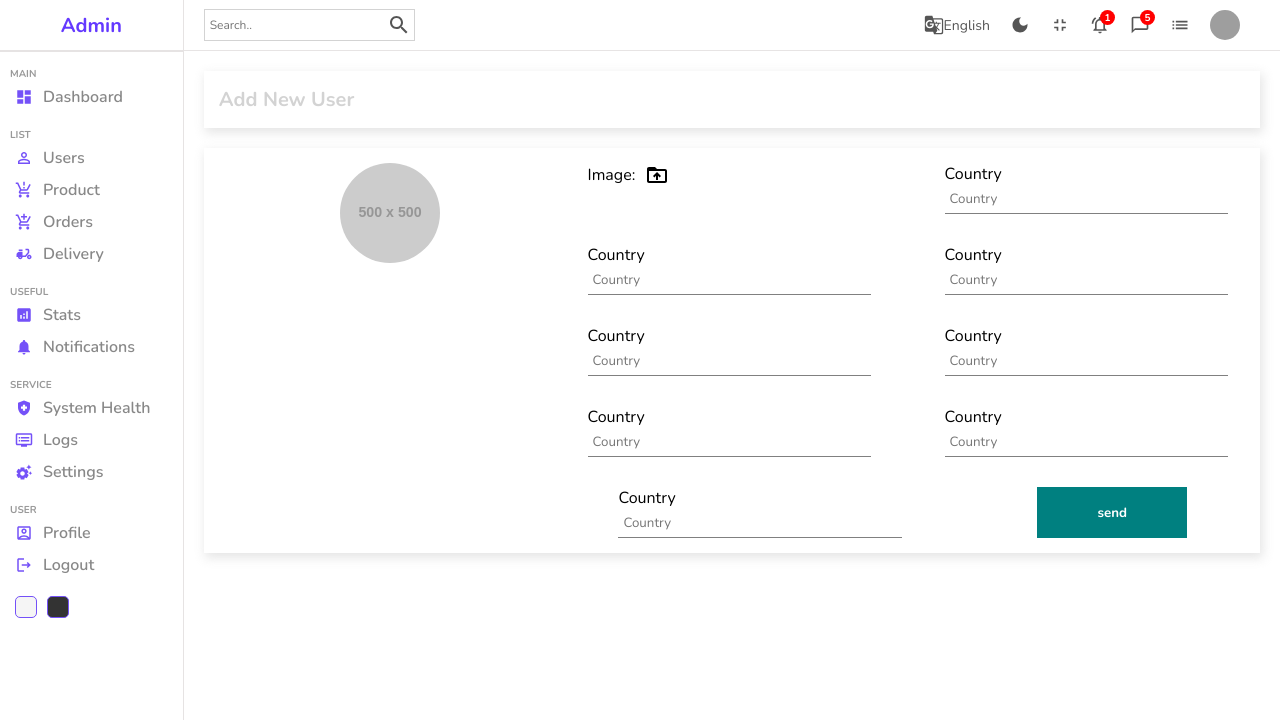
Repository: maescode/simple-react-admin-dashboard
Page: /users/new
These files come from the project's save history. The page is drawn as it stood at one moment and after the next save; the edit follows.
The browser window is 1280 px wide. The pictures show the whole page.
Pictures or frames that could not be fetched are drawn as grey boxes. The project was rebuilt for these pictures with package versions that can differ from the ones it lists, and the page was loaded fresh each time. Also part of the build but not shown: src/App.css, src/pages/home/home.scss, src/pages/components/widget/widget.scss, src/pages/components/widget/Widget.jsx, src/pages/components/featured/featured.scss, src/pages/components/featured/Featured.jsx, src/pages/components/chart/chart.scss, src/pages/components/chart/Chart.jsx and 11 more.

Above is the page before, as saved 2022-08-10 10:37:50.

### public/index.html
<!DOCTYPE html>
<html lang="en">
  <head>
    <meta charset="utf-8" />
    <link rel="icon" href="%PUBLIC_URL%/favicon.ico" />
    <meta name="viewport" content="width=device-width, initial-scale=1" />
    <meta name="theme-color" content="#000000" />
    <meta
      name="description"
      content="Web site created using create-react-app"
    />
    <link rel="apple-touch-icon" href="%PUBLIC_URL%/logo192.png" />
    <link rel="manifest" href="%PUBLIC_URL%/manifest.json" />
    <link rel="preconnect" href="https://fonts.googleapis.com" />
    <link rel="preconnect" href="https://fonts.gstatic.com" crossorigin />
    <link
      href="https://fonts.googleapis.com/css2?family=Nunito:ital,wght@0,200;0,300;0,400;0,500;0,600;0,700;0,800;1,500&display=swap"
      rel="stylesheet"
    />
    <style>
      * {
        font-family: Nunito;
        margin: 0;
      }
    </style>
    <title>Dashboard</title>
  </head>
  <body>
    <noscript>You need to enable JavaScript to run this app.</noscript>
    <div id="root"></div>
  </body>
</html>

### src/App.js
import { BrowserRouter, Routes, Route, Link } from 'react-router-dom';
import './App.css';
import Home from './pages/home/Home';
import Login from './pages/login/Login';
import List from './pages/list/List';
import New from './pages/new/New';
import Single from './pages/single/Single';
import { productInputs, userInputs } from './formSource';

function App() {
  return (
    <>
      <BrowserRouter>
        <Routes>
          <Route path="/">
            <Route index element={<Home />} />
            <Route path="login" element={<Login />} />
            <Route path="users">
              <Route index element={<List />} />
              <Route path=":userId" element={<Single />} />
              <Route
                path="new"
                element={<New inputs={userInputs} title={'Add New User'} />}
              />
            </Route>
            <Route path="products">
              <Route index element={<List />} />
              <Route path=":productId" element={<Single />} />
              <Route
                path="new"
                element={
                  <New inputs={productInputs} title={'Add New Product'} />
                }
              />
            </Route>
          </Route>
        </Routes>
      </BrowserRouter>
    </>
  );
}

export default App;

### src/pages/new/New.jsx
import React from 'react';
import Navbar from '../components/navbar/Navbar';
import Sidebar from '../components/sidebar/Sidebar';
import Datatable from '../components/datatable/Datatable';
import Chart from '../components/chart/Chart';
import DriveFolderUploadIcon from '@mui/icons-material/DriveFolderUpload';

import './new.scss';

const New = ({ inputs, title }) => {
  return (
    <div className="new">
      <Sidebar />
      <div className="newContainer">
        <Navbar />
        <div className="top">
          <h1>{title}</h1>
        </div>
        <div className="bottom">
          <div className="left">
            <img
              src="http://dummyimage.com/500x500.png/dddddd/000000"
              alt="alt"
            />
          </div>
          <div className="right">
            <form className="form">
              <div className="formInput">
                <label htmlFor="file">
                  Image: <DriveFolderUploadIcon className="icon" />
                </label>
                <input
                  type="file"
                  name="file"
                  id="file"
                  style={{ display: 'none' }}
                />
              </div>

              {inputs.map((input) => {
                return (
                  <div className="formInput">
                    <label>Country</label>
                    <input type="text" name="country" placeholder="Country" />
                  </div>
                );
              })}

              <button>send</button>
            </form>
          </div>
        </div>
      </div>
    </div>
  );
};

export default New;

### src/formSource.js
export const userInputs = [
  {
    id: 1,
    label: 'Username',
    type: 'text',
    name: 'username',
    placeholder: 'john_doe',
  },
  {
    id: 2,
    label: 'Name and surname',
    type: 'text',
    name: 'name',
    placeholder: 'John Doe',
  },
  {
    id: 3,
    label: 'Email',
    type: 'mail',
    name: 'email',
    placeholder: 'olagokeabel@gmail.com',
  },
  {
    id: 4,
    label: 'Phone',
    type: 'text',
    name: 'phone',
    placeholder: '+2348066181836',
  },
  {
    id: 5,
    label: 'Password',
    type: 'password',
    name: 'password',
  },
  {
    id: 6,
    label: 'Address',
    type: 'text',
    name: 'address',
    placeholder: 'Elton St. 216 NewYork',
  },
  {
    id: 7,
    label: 'Country',
    type: 'text',
    name: 'country',
    placeholder: 'USA',
  },
  {
    id: 8,
    label: 'Country',
    type: 'text',
    name: 'country',
    placeholder: 'USA',
  },
];

export const productInputs = [
  {
    id: 1,
    label: 'Title',
    type: 'text',
    name: 'title',
    placeholder: 'Apple Macbook Pro',
  },
  {
    id: 2,
    label: 'Description',
    type: 'text',
    name: 'description',
    placeholder: 'Description',
  },
  {
    id: 3,
    label: 'Category',
    type: 'text',
    name: 'category',
    placeholder: 'computer',
  },
  {
    id: 4,
    label: 'Price',
    type: 'text',
    name: 'price',
    placeholder: '100',
  },
  {
    id: 5,
    label: 'stock',
    type: 'text',
    name: 'stock',
    placeholder: 'in stock',
  },
];

### src/pages/components/sidebar/Sidebar.jsx
import React from 'react';
import './sidebar.scss';
import DashboardIcon from '@mui/icons-material/Dashboard';
import PersonOutlineOutlinedIcon from '@mui/icons-material/PersonOutlineOutlined';
import ProductionQuantityLimitsOutlinedIcon from '@mui/icons-material/ProductionQuantityLimitsOutlined';
import LogoutOutlinedIcon from '@mui/icons-material/LogoutOutlined';
import AccountBoxOutlinedIcon from '@mui/icons-material/AccountBoxOutlined';
import AddShoppingCartIcon from '@mui/icons-material/AddShoppingCart';
import DeliveryDiningIcon from '@mui/icons-material/DeliveryDining';
import AnalyticsIcon from '@mui/icons-material/Analytics';
import NotificationsIcon from '@mui/icons-material/Notifications';
import HealthAndSafetyIcon from '@mui/icons-material/HealthAndSafety';
import DvrIcon from '@mui/icons-material/Dvr';
import SettingsSuggestIcon from '@mui/icons-material/SettingsSuggest';
const Sidebar = () => {
  return (
    <div className="sidebar">
      <div className="top">
        <span className="logo">Admin</span>
      </div>
      <hr />
      <div className="center">
        <ul>
          <p className="title">MAIN</p>
          <li>
            <DashboardIcon className="icon" />
            <span>Dashboard</span>
          </li>
          <p className="title">LIST</p>
          <li>
            <PersonOutlineOutlinedIcon className="icon" />
            <span>Users</span>
          </li>
          <li>
            <ProductionQuantityLimitsOutlinedIcon className="icon" />
            <span>Product</span>
          </li>
          <li>
            <AddShoppingCartIcon className="icon" />
            <span>Orders</span>
          </li>
          <li>
            <DeliveryDiningIcon className="icon" />
            <span>Delivery</span>
          </li>
          <p className="title">USEFUL</p>
          <li>
            <AnalyticsIcon className="icon" />
            <span>Stats</span>
          </li>
          <li>
            <NotificationsIcon className="icon" />
            <span>Notifications</span>
          </li>
          <p className="title">SERVICE</p>
          <li>
            <HealthAndSafetyIcon className="icon" />
            <span>System Health</span>
          </li>
          <li>
            <DvrIcon className="icon" />
            <span>Logs</span>
          </li>
          <li>
            <SettingsSuggestIcon className="icon" />
            <span>Settings</span>
          </li>
          <p className="title">USER</p>
          <li>
            <AccountBoxOutlinedIcon className="icon" />
            <span>Profile</span>
          </li>
          <li>
            <LogoutOutlinedIcon className="icon" />
            <span>Logout</span>
          </li>
        </ul>
      </div>
      <div className="bottom">
        <div className="colorOption"></div>
        <div className="colorOption"></div>
      </div>
    </div>
  );
};

export default Sidebar;

### src/pages/components/navbar/Navbar.jsx
import React from 'react';
import './navbar.scss';
import SearchIcon from '@mui/icons-material/Search';
import GTranslateIcon from '@mui/icons-material/GTranslate';
import DarkModeIcon from '@mui/icons-material/DarkMode';
import FullscreenExitIcon from '@mui/icons-material/FullscreenExit';
import NotificationsActiveOutlinedIcon from '@mui/icons-material/NotificationsActiveOutlined';
import ChatBubbleOutlineOutlinedIcon from '@mui/icons-material/ChatBubbleOutlineOutlined';
import ListOutlinedIcon from '@mui/icons-material/ListOutlined';

const Navbar = () => {
  return (
    <div className="navbar">
      <div className="wrapper">
        <div className="search">
          <input type="search" placeholder="Search.." className="" />
          <SearchIcon />
        </div>
        <div className="items">
          <div className="item">
            <GTranslateIcon className="icon" />
            English
          </div>
          <div className="item">
            <DarkModeIcon className="icon" />
          </div>
          <div className="item">
            <FullscreenExitIcon className="icon" />
          </div>
          <div className="item">
            <NotificationsActiveOutlinedIcon className="icon" />
            <div className="counter">1</div>
          </div>
          <div className="item">
            <ChatBubbleOutlineOutlinedIcon className="icon" />
            <div className="counter">5</div>
          </div>
          <div className="item">
            <ListOutlinedIcon className="icon" />
          </div>

          <div className="item">
            <img
              src={'https://picsum.photos/id/237/200/300'}
              className="avatar"
              alt="icon"
            />
          </div>
        </div>
      </div>
    </div>
  );
};

export default Navbar;

### src/pages/new/new.scss
.new {
  width: 100%;
  display: flex;

  .newContainer {
    flex: 6;

    .top,
    .bottom {
      padding: 15px;
      margin: 20px;
      -webkit-box-shadow: 2px 4px 10px 1px rgba(0, 0, 0, 0.47);
      box-shadow: 2px 4px 10px 1px rgba(201, 201, 201, 0.47);
      display: flex;

      h1 {
        color: lightgrey;
        font-size: 20px;
      }
    }

    .left {
      flex: 1;
      text-align: center;
      img {
        width: 100px;
        height: 100px;
        border-radius: 50%;
        object-fit: contain;
      }
    }
    .right {
      flex: 2;

      form {
        display: flex;
        flex-wrap: wrap;
        gap: 30px;
        justify-content: space-around;
        .formInput {
          width: 40%;

          label {
            display: flex;
            align-items: center;
            gap: 10px;

            icon {
              cursor: pointer;
            }
          }

          input {
            width: 100%;
            padding: 5px;
            border: none;
            border-bottom: 1px solid gray;
            outline: none;
          }
        }

        button {
          width: 150px;
          padding: 10px;
          border: none;
          background-color: teal;
          color: white;
          font-weight: bold;
        }
      }
    }
  }
}

### src/pages/components/sidebar/sidebar.scss
.sidebar {
  flex: 1;
  border-right: 0.5px solid rgb(230, 227, 227);
  min-height: 100vh;
  background-color: white;
  .top {
    height: 50px;
    display: flex;
    align-items: center;
    justify-content: center;

    .logo {
      font-size: 20px;
      font-weight: bold;
      color: #6439ff;
    }
  }

  hr {
    height: 0;
    border: 0.5px solid rgb(230, 227, 227);
  }

  .center {
    padding-left: 10px;
    ul {
      list-style: none;
      margin: 0;
      padding: 0;

      li {
        display: flex;
        align-items: center;
        padding: 5px;
        cursor: pointer;
        &:hover {
          background-color: #ece8ff;
        }

        .icon {
          font-size: 18px;
          color: #7451f8;
        }

        span {
          font: size 13px;
          font-weight: 600;
          color: #888;
          margin-left: 10px;
        }
      }

      .title {
        font-size: 10px;
        font-weight: bold;
        color: #999;
        margin-top: 15px;
      }
    }
  }

  .bottom {
    display: flex;
    align-items: center;
    margin: 10px;

    .colorOption {
      width: 20px;
      height: 20px;
      border-radius: 5px;
      border: 1px solid #7451f8;
      cursor: pointer;
      margin: 5px;

      &:nth-child(1) {
        background-color: whitesmoke;
      }
      &:nth-child(2) {
        background-color: #333;
      }
    }
  }
}

### src/pages/components/navbar/navbar.scss
.navbar {
  height: 50px;
  border-bottom: 0.5px solid rgb(231, 228, 228);
  display: flex;
  align-items: center;
  font-size: 14px;
  color: #555;

  .wrapper {
    width: 100%;
    display: flex;
    align-items: center;
    justify-content: space-between;
    padding: 20px;

    .search {
      display: flex;
      align-items: center;
      border: 0.5px solid lightgrey;
      padding: 3px;

      input {
        border: none;
        outline: none;
        background-color: transparent;

        &::placeholder {
          font-size: 12px;
        }
      }
    }

    .items {
      display: flex;
      align-items: center;

      .item {
        display: flex;
        align-items: center;
        margin-right: 20px;
        position: relative;
        cursor: pointer;

        .icon {
          font-size: 20px;
        }

        .avatar {
          width: 30px;
          height: 30px;
          border-radius: 100%;
        }
        .counter {
          background-color: red;
          width: 15px;
          height: 15px;
          border-radius: 100%;
          color: white;
          display: flex;
          align-items: center;
          justify-content: center;
          font-size: 10px;
          font-weight: bold;
          position: absolute;
          top: -5px;
          right: -5px;
        }
      }
    }
  }
}

Loaded but not shown: src/index.js (common file); src/index.css (common file); src/reportWebVitals.js (common file)

After the next save:
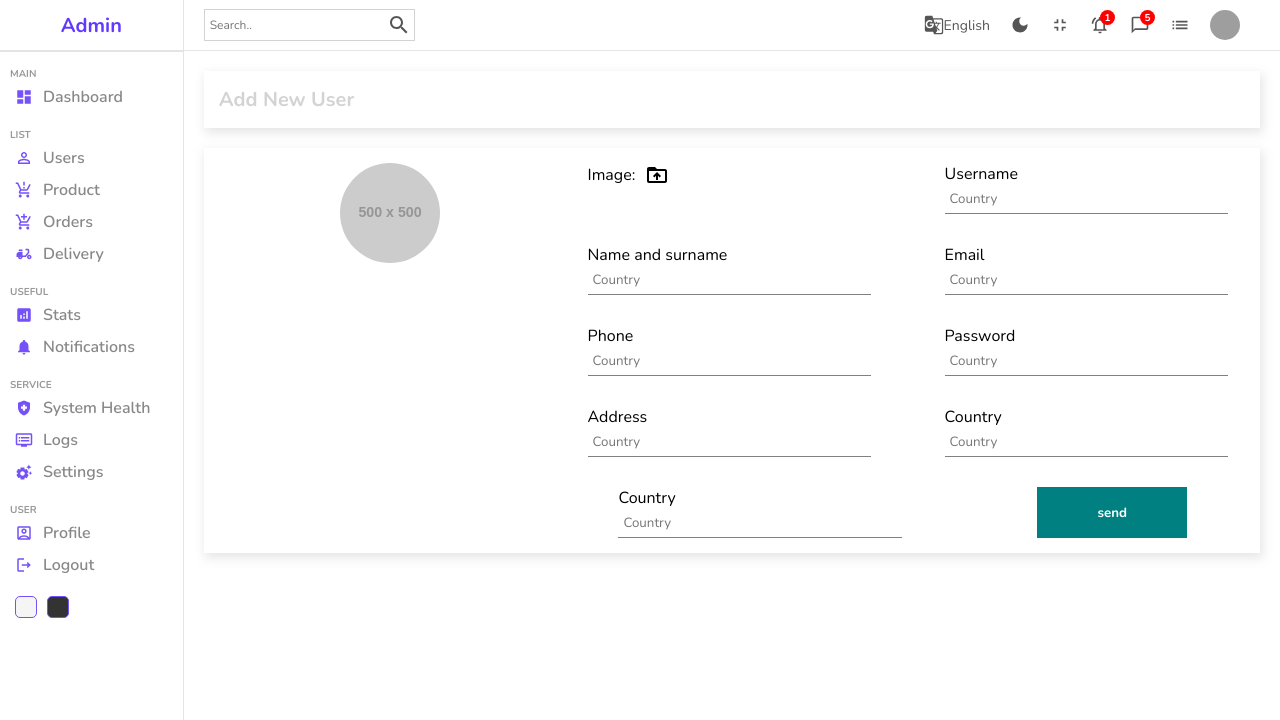
Saved 13 s later.
--- a/src/pages/new/New.jsx
+++ b/src/pages/new/New.jsx
@@ -40,7 +40,7 @@ const New = ({ inputs, title }) => {
               {inputs.map((input) => {
                 return (
                   <div className="formInput">
-                    <label>Country</label>
+                    <label>{input.label}</label>
                     <input type="text" name="country" placeholder="Country" />
                   </div>
                 );
